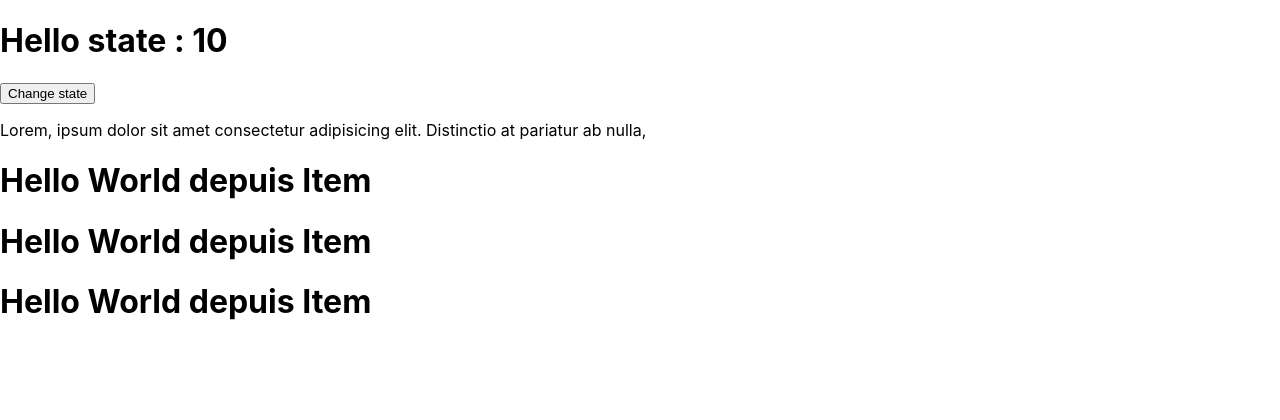
Repository: Michelhof1978/react
Page: / (app in application-react/)
The author's editor kept a copy of each file at every save. The page is drawn from the files as they stood at one save, then again after a run of saves.
The browser window is 1280 px wide. The pictures show the whole page.
The project was rebuilt for these pictures with package versions that can differ from the ones it lists, and the page was loaded fresh each time.

Above is the page before, as saved 2023-05-14 09:49:00.

### application-react/src/index.js
//Ce fichier sert à retourner notre application dans la div root de index.html

import React from 'react';
import ReactDOM from 'react-dom/client';
import './index.css';
import App from './App';
import reportWebVitals from './reportWebVitals';

const root = ReactDOM.createRoot(document.getElementById('root'));
root.render(
  <React.StrictMode>
    <App />
  </React.StrictMode>
);


reportWebVitals();

### application-react/src/App.js
//COMPOSANT
//Le state sont les données des composants
//Pas besoins d importer React seul, on import uniquement les méthode utilisés comme useSatte par exemple
import Item from './Item'
import {useState} from 'react'//On importe useState de la librairie react pour pourvoir stocker et utiliser  des données

function App() {//Cette fonction est un composant

  // console.log(useState());
// --------------------
  const [monState, setMonState] = useState(10);//setMonState , c'est ce qui est retourné de useState dont la valeur de 10/ On appelle cela du destructuring, ici on crée une constante entre crochets à partir de ce que retourne useState en tableau monState à l index 0 et setMonState à l'index 1, à noter que les 2 index du tableau, on peut les nommer comme on veut, juste mettre set pour indiquer un changement ou une mise en place
    // console.log(monState);
    //Si on mets entre la parenthèses monState, il retournera 10 mais si on mets setMonState, il retournera une fonction
    // Ce code utilise React pour créer une variable d'état (state) appelée "monState" avec une valeur initiale de 10.
    //  La fonction `useState` est une fonction de crochet (hook) fournie par React qui permet de gérer l'état dans
    //  les composants fonctionnels. Lorsque vous appelez `useState(10)`, la fonction `useState` retourne un tableau
    //  avec deux éléments. Le premier élément, "monState", est la variable qui représente l'état et qui contient la
    //   valeur actuelle. Le deuxième élément, "setMonState", est une fonction qui permet de mettre à jour la valeur
    //   de l'état.En utilisant la syntaxe de décomposition (destructuring) de JavaScript, la première ligne extrait
    //    les deux éléments du tableau retourné par `useState` et les assigne aux variables correspondantes.
    // Ensuite, la ligne suivante affiche la fonction `setMonState` dans la console. Cette fonction est utilisée pour
    // modifier la valeur de "monState" ultérieurement.En résumé, ce code initialise une variable d'état "monState"
    //  avec une valeur de départ de 10 et extrait la fonction "setMonState" qui permet de mettre à jour cette valeur.
    //   La ligne suivante affiche cette fonction dans la console.
// ----------------------
    const modifyState = () => {  //On crée la fonction pour l'événement oneClick du bouton ci dessous

      setMonState(20);//Permet de modifier le contenu, en modifiant la valeur à 20 au lieu de 10

    }//Le composant va se mettre à jour lors du clic et passera de 10 à 20

    return (

      <div className="App">  {/* Ce n est pas du html mais du jsx, ici on ne mets pas class mais className pour du jsx*/}

      <h1>Hello state : {monState} </h1> {/*on affiche les données du state ds le conposant App*/}

      <button onClick={modifyState}>Change state</button> {/*On ajoute un événement au bouton, par contre en jsx, on rajoute on suivi de la majuscule, entre les accolades, on attents une fonction ici modifyState*/}

      <p>Lorem, ipsum dolor sit amet consectetur adipisicing elit. Distinctio at pariatur ab nulla, </p>

      <Item txt={"Hello word depuis Item"} />  {/*On récupére le composant Item de Item.js */}
      <Item number={monState} />{/*On peut nommer les Items comme on veut*/}
      <Item txt={"Hello word Italie"} />{/*On peut afficher plusieurs messages avec le même composant Item*/}

    </div>
  );

  //AUTRE FACON DE FAIRE LE CODE CI DESSUS MAIS BEAUCOUP MOINS COMPREHENSIBLE CE N EST PAS DU JSX MAIS DU JS
  // return React.createElement(
  //   'div',
  //   {className: 'App'},
  //   React.createElement('h1', null,
  //   'Hello')
  // )
}

export default App;

### application-react/src/Item.js
//Creation d un composant, lors de la création du fichier, on mets une majuscule au debut du nom de fichier par convention
function Item(){
    return <h1>Hello World depuis Item</h1>//Pas besoins de mettre des paranthèses pour return quand il y a qu'un seul élément

}

export default Item; //Toujours exporter le composant et on va par la suite l importer ds App.js

Loaded but not shown: application-react/public/index.html (common file); application-react/src/index.css (common file); application-react/src/reportWebVitals.js (common file)

After the next 11 saves:
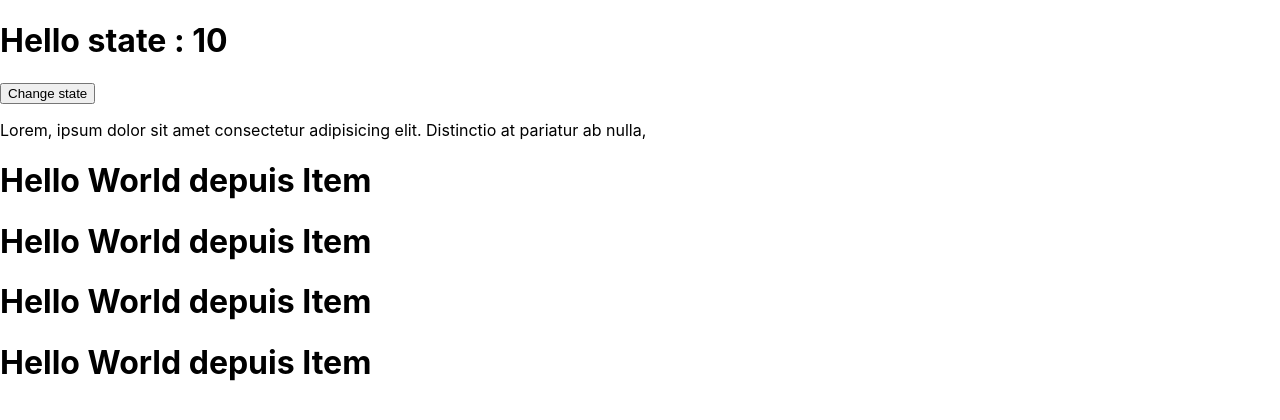
The 11 saves are shown as one change because 3 did not build or start and some came seconds apart.
The last was saved 7 min 3 s later.
--- a/application-react/src/App.js
+++ b/application-react/src/App.js
@@ -43,6 +43,7 @@ function App() {//Cette fonction est un composant
       <Item number={monState} />{/*On peut nommer les Items comme on veut*/}
       <Item txt={"Hello word Italie"} />{/*On peut afficher plusieurs messages avec le même composant Item*/}
 
+     <Item func={modifyState} />
     </div>
   );
 
